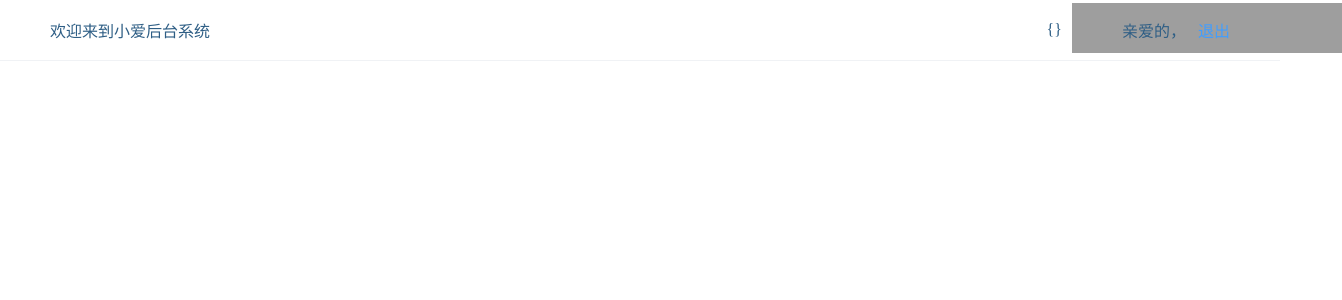
Repository: ZHANG-0714/backstage
Page: /
These files come from the project's save history. The page is drawn as it stood at one moment and after the next save; the edit follows.
The browser window is 1280 px wide. The page is 1342 px wide, then 1292 px, so the pictures cover 1342 px, including what lies to the right of the window. The pictures show the whole page.
Pictures or frames that could not be fetched are drawn as grey boxes. The project was rebuilt for these pictures with package versions that can differ from the ones it lists, and the page was loaded fresh each time. Also part of the build but not shown: vue.config.js, src/views/Home.vue.

Above is the page before, as saved 2020-08-31 17:56:10.

After the next save:
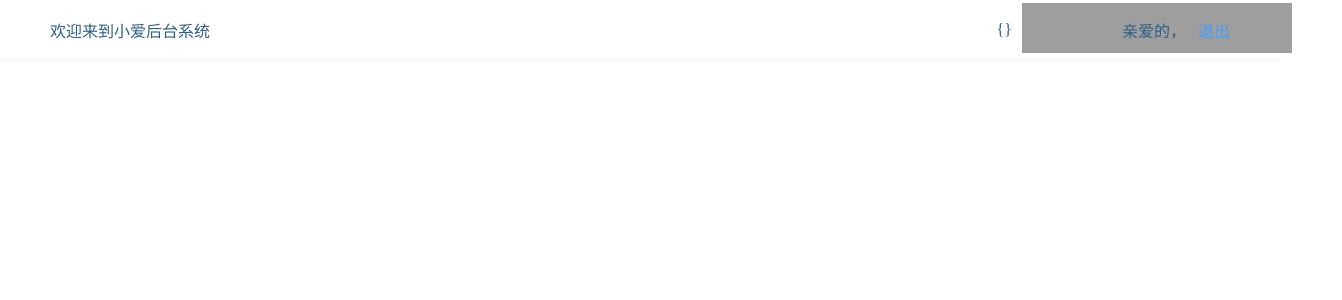
Saved 6 s later.
--- a/src/components/public/headTop.vue
+++ b/src/components/public/headTop.vue
@@ -84,7 +84,7 @@ export default {
   margin-right: 10px;
 }
 .iframes {
-  width: 50px;
+  width: 100px;
 }
 iframe {
   width: 270px;
